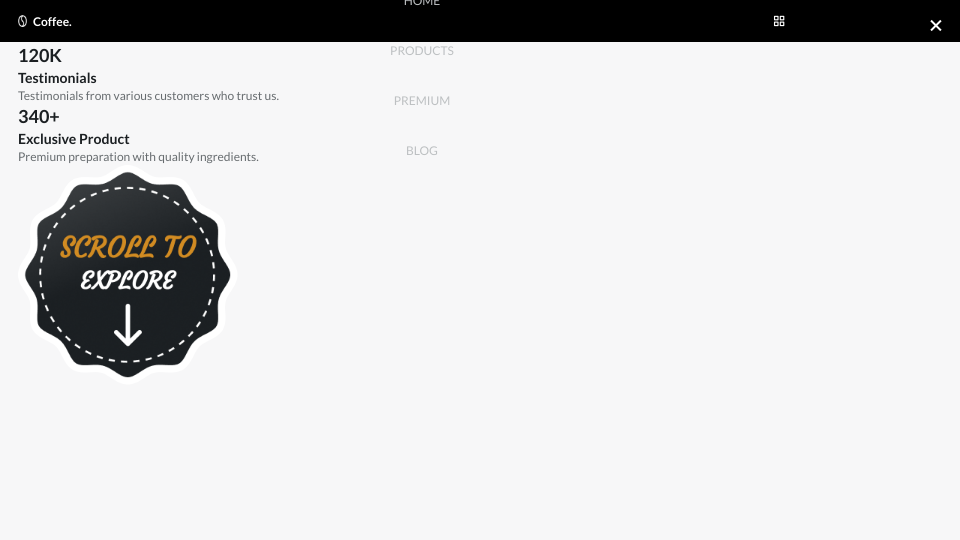
Repository: phong121020/coffee-responsive
Page: index.html
An editor plug-in stored every save of this project. The page is shown before and after the next save, followed by the edit.
The browser window is 1280 px wide. The pictures show the whole page, at 75% of full size.

Above is the page before, as saved 2022-03-06 15:34:26.

### index.html
<!DOCTYPE html>
<html lang="en">
  <head>
    <meta charset="UTF-8" />
    <meta http-equiv="X-UA-Compatible" content="IE=edge" />
    <meta name="viewport" content="width=device-width, initial-scale=1.0" />
    <!-- link -->
    <link rel="stylesheet" href="./assets/css/style.css" />
    <!-- favicon -->
    <link
      rel="shortcut icon"
      href="./assets/img/favicon.png"
      type="image/x-icon"
    />
    <title>Document</title>
    <!-- boxicon -->
    <link
      href="https://unpkg.com/boxicons@2.1.1/css/boxicons.min.css"
      rel="stylesheet"
    />
  </head>
  <body>
    <!-- HEADER -->
    <header class="header" id="header">
      <nav class="nav container">
        <a href="#" class="nav__logo">
          <img src="./assets/img/logo.png" alt="" class="nav__logo-img" />
          Coffee.
        </a>
        <div class="nav__menu" id="nav-menu">
          <ul class="nav__list">
            <li class="nav__item">
              <a href="#home" class="nav__link">Home</a>
            </li>
            <li class="nav__item">
              <a href="#products" class="nav__link">Products</a>
            </li>
            <li class="nav__item">
              <a href="#premium" class="nav__link">Premium</a>
            </li>
            <li class="nav__item">
              <a href="#blog" class="nav__link">Blog</a>
            </li>
          </ul>
          <div class="nav__close" id="nav-close">
            <i class="bx bx-x"></i>
          </div>
        </div>
        <!-- Toggle button -->
        <div class="nav__toggle" id="nav-toggle">
          <i class="bx bx-grid-alt"></i>
        </div>
      </nav>
    </header>
    <!-- MAIN -->
    <main>
      <!-- HOME -->
      <section class="home grid" id="home">
        <div class="home__container">
          <div class="home__content container">
            <h1 class="home__title">
              Choose Your Favorite Coffe And Enjoy <span>.</span>
            </h1>
            <p class="home__desc">Buy the best and delicious coffees</p>
            <div class="home__data">
              <div class="home__data-group">
                <h2 class="home__data-number">120K</h2>
                <h3 class="home__data-title">Testimonials</h3>
                <p class="home__data-desc">
                  Testimonials from various customers who trust us.
                </p>
              </div>
              <div class="home__data-group">
                <h2 class="home__data-number">340+</h2>
                <h3 class="home__data-title">Exclusive Product</h3>
                <p class="home__data-desc">
                  Premium preparation with quality ingredients.
                </p>
              </div>
            </div>
            <a href="#specialty">
              <img src="./assets/img/scroll.png" alt="" class="home__scroll" />
            </a>
          </div>
        </div>
      </section>
    </main>
    <!-- JS -->
    <script src="./assets/js/app.js"></script>
  </body>
</html>

### assets/css/style.css
/*=============== GOOGLE FONTS ===============*/
@import url("https://fonts.googleapis.com/css2?family=Lato:wght@400;700&display=swap");

/*=============== VARIABLES CSS ===============*/
:root {
  --header-height: 3.5rem;

  /*========== Colors ==========*/
  --first-color: hsl(36, 72%, 48%);
  --first-color-alt: hsl(36, 72%, 44%);
  --black-color: hsl(206, 12%, 12%);
  --card-color: hsl(0, 0%, 90%);
  --title-color: hsl(206, 12%, 12%);
  --text-color: hsl(206, 4%, 42%);
  --text-color-light: hsl(206, 4%, 75%);
  --body-color: hsl(206, 4%, 97%);
  --container-color: #fff;

  /*========== Font and typography ==========*/
  --body-font: "Lato", sans-serif;
  --biggest-font-size: 2.25rem;
  --h1-font-size: 1.5rem;
  --h2-font-size: 1.25rem;
  --h3-font-size: 1rem;
  --normal-font-size: 0.938rem;
  --small-font-size: 0.813rem;
  --smaller-font-size: 0.75rem;

  /*========== Font weight ==========*/
  --font-bold: 700;

  /*========== z index ==========*/
  --z-tooltip: 10;
  --z-fixed: 100;
}

@media screen and (min-width: 968px) {
  :root {
    --biggest-font-size: 3.5rem;
    --h1-font-size: 2.25rem;
    --h2-font-size: 1.5rem;
    --h3-font-size: 1.25rem;
    --normal-font-size: 1rem;
    --small-font-size: 0.875rem;
    --smaller-font-size: 0.813rem;
  }
}

/*=============== BASE ===============*/
* {
  box-sizing: border-box;
  padding: 0;
  margin: 0;
}

html {
  scroll-behavior: smooth;
}

body {
  font-family: var(--body-font);
  font-size: var(--normal-font-size);
  background-color: var(--body-color);
  color: var(--text-color);
}

h1,
h2,
h3 {
  color: var(--title-color);
  font-weight: var(--font-bold);
}

h1,
h2,
h3,
p {
  line-height: 140%;
}

ul {
  list-style: none;
}

a {
  text-decoration: none;
}

img {
  max-width: 100%;
  height: auto;
}

button {
  border: none;
  outline: none;
  cursor: pointer;
}

/*=============== REUSABLE CSS CLASSES ===============*/
.container {
  max-width: 1024px;
  margin-left: 1.5rem;
  margin-right: 1.5rem;
}

.grid {
  display: grid;
  gap: 1.5rem;
}

.section {
  padding: 4.5rem 0 2rem;
}

.section__title {
  position: relative;
  font-size: var(--h1-font-size);
  padding-left: 1.25rem;
  margin-bottom: 2.5rem;
}

.section__title::before {
  content: "";
  position: absolute;
  top: 8px;
  left: 0;
  width: 3px;
  height: 20px;
  background-color: var(--first-color);
}

/* HEADER & NAV */
.header {
  width: 100%;
  background-color: #000;
  position: fixed;
  top: 0;
  left: 0;
  right: 0;
  z-index: var(--z-fixed);
}
.nav {
  height: var(--header-height);
  display: flex;
  justify-content: space-between;
  align-items: center;
}
.nav__logo,
.nav__toggle {
  color: #fff;
}
.nav__logo {
  display: flex;
  align-items: center;
  justify-content: center;
  column-gap: 0.5rem;
  font-weight: var(--font-bold);
}
.nav__logo-img {
  width: 0.75rem;
}
.nav__toggle {
  display: inline-flex;
  font-size: 1.15rem;
  cursor: pointer;
}

@media screen and (max-width: 767px) {
  .nav__menu {
    position: fixed;
    top: 0;
    right: -100%;
    background-color: var(--black-color);
    width: 100%;
    height: 100%;
    transition: 0.3s;
  }
  .nav__menu.is-show {
    right: 0;
  }
}
.nav__list {
  display: flex;
  flex-direction: column;
  text-align: center;
  row-gap: 3rem;
  padding-top: 9rem;
}
.nav__link {
  text-transform: uppercase;
  color: var(--text-color-light);
  transition: 0.3s;
}
.nav__link:hover {
  color: #fff;
}
.nav__close {
  font-size: 2rem;
  position: absolute;
  top: 1rem;
  right: 1rem;
  color: #fff;
  cursor: pointer;
}

### assets/js/app.js
// SHOW MENU
const navToggle = document.querySelector(".nav__toggle");
const navMenu = document.querySelector(".nav__menu");
const navClose = document.querySelector(".nav__close");
const navItem = document.querySelectorAll(".nav__item");
// MENU SHOW
if (navToggle) {
  navToggle.addEventListener("click", function () {
    navMenu.classList.add("is-show");
  });
}
//  MENU HIDDEN
if (navClose) {
  navClose.addEventListener("click", function () {
    navMenu.classList.remove("is-show");
  });
}
// REMOVE MENU MOBILE
[...navItem].forEach((item) =>
  item.addEventListener("click", function () {
    navMenu.classList.remove("is-show");
  })
);

After the next save:
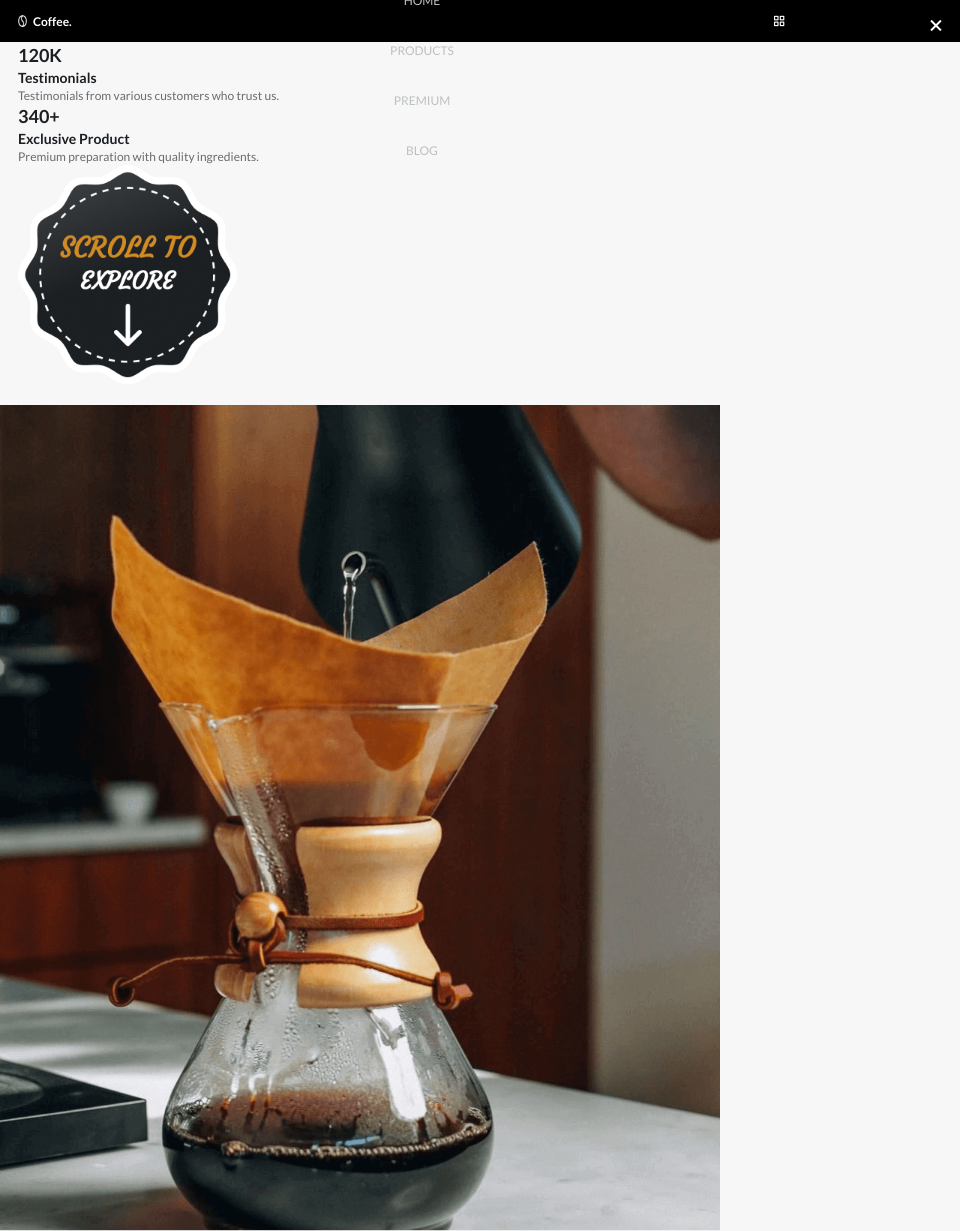
Saved 99 s later.
--- a/index.html
+++ b/index.html
@@ -83,6 +83,7 @@
             </a>
           </div>
         </div>
+        <img src="./assets/img/home.png" alt="" class="home__img" />
       </section>
     </main>
     <!-- JS -->
